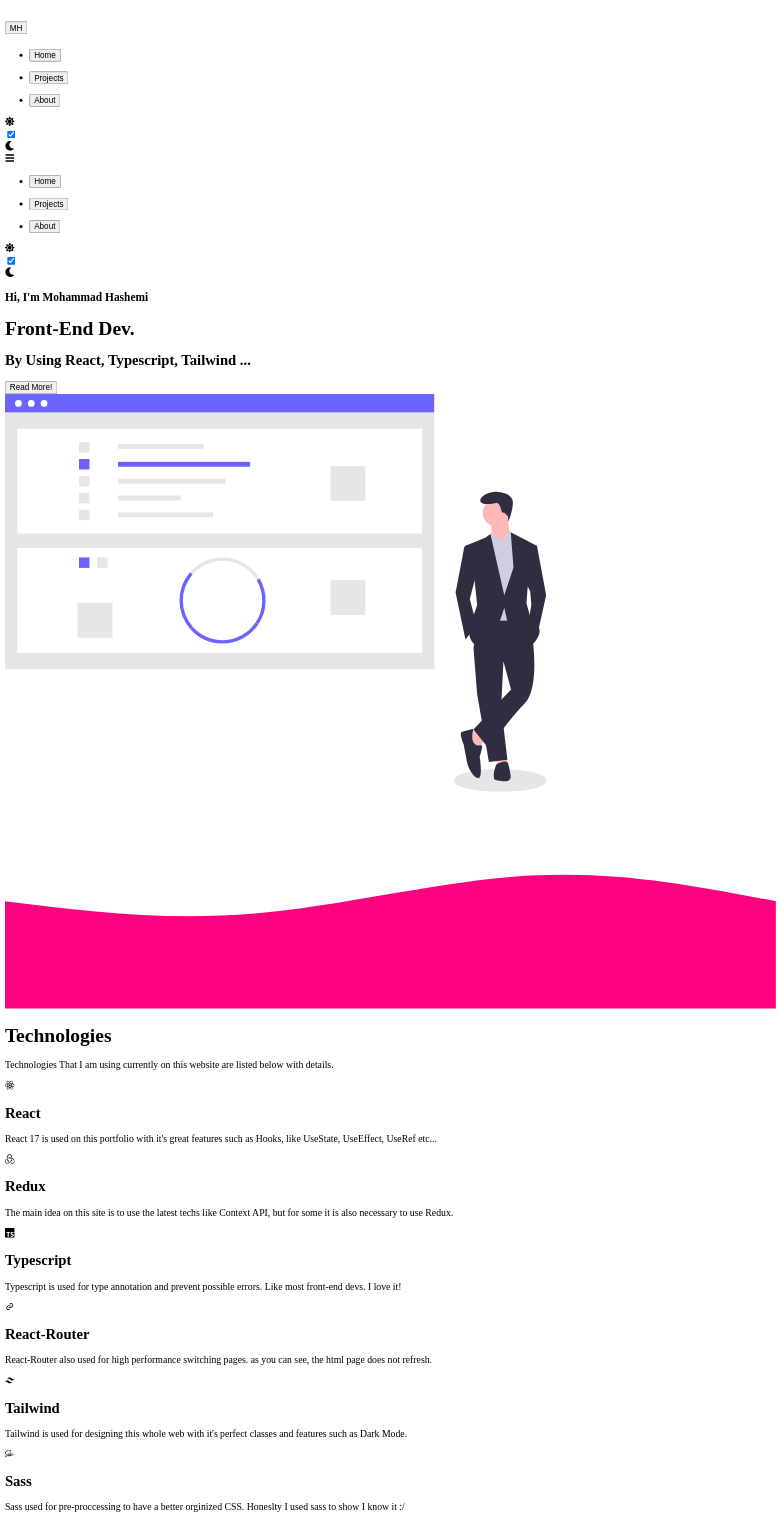
Repository: SMohammadH/react-typescript-tailwind
Page: /
These files come from the project's save history. The page is drawn as it stood at one moment and after the next save; the edit follows.
The browser window is 1280 px wide. The pictures show the whole page, at 61% of full size.
The project was rebuilt for these pictures with package versions that can differ from the ones it lists, and the page was loaded fresh each time. Also part of the build but not shown: craco.config.js.

Above is the page before, as saved 2021-02-05 05:05:21.

### src/index.css
.dark {
  --color-bg-primary: #2d3748;
  --color-bg-secondary: #283141;
  --color-text-primary: #f7fafc;
  --color-text-secondary: #e2e8f0;
  --color-text-accent: #c5b358;
}

.light {
  --color-bg-primary: #ffffff;
  --color-bg-secondary: #edf2f7;
  --color-text-primary: #2d3748;
  --color-text-secondary: #4a5568;
  --color-text-accent: #2b6cb0;
}

@import 'tailwindcss/base';
@import 'tailwindcss/components';
@import 'tailwindcss/utilities';

### src/App.tsx
import './App.css';
import 'tailwindcss/tailwind.css';
import { ThemeProvider } from './dark-mode/themeContext';
import { Navbar } from './components/Navbar';
import { FirstSection } from './components/FirstSection';
import { SecondSection } from './components/SecondSection';

const App: React.FC = () => {
  return (
    <div>
      <ThemeProvider>
        <Navbar />
        <div className="body bg-primary text-primary">
          <FirstSection />
          <svg
            height="100%"
            width="100%"
            id="bg-svg"
            viewBox="0 0 1440 400"
            xmlns="http://www.w3.org/2000/svg"
            className="transition duration-300 ease-in-out delay-150"
          >
            <path
              d="M 0,400 C 0,400 0,200 0,200 C 149.7333333333333,218.66666666666666 299.4666666666666,237.33333333333331 466,223 C 632.5333333333334,208.66666666666669 815.8666666666668,161.33333333333334 981,152 C 1146.1333333333332,142.66666666666666 1293.0666666666666,171.33333333333331 1440,200 C 1440,200 1440,400 1440,400 Z"
              stroke="none"
              stroke-width="0"
              fill="#ff0080ff"
              className="transition-all duration-300 ease-in-out delay-150"
            ></path>
          </svg>
          <SecondSection />
        </div>
      </ThemeProvider>
    </div>
  );
};

export default App;

### src/App.css
.font-gold {
  color: #c5b358;
}

### src/dark-mode/themeContext.tsx
import React from 'react';

const getInitialTheme = () => {
  if (typeof window !== 'undefined' && window.localStorage) {
    const storedPrefs = window.localStorage.getItem('color-theme');
    if (typeof storedPrefs === 'string') {
      return storedPrefs;
    }

    const userMedia = window.matchMedia('(prefers-color-scheme: dark)');
    if (userMedia.matches) {
      return 'dark';
    }
  }

  // If you want to use light theme as the default, return "light" instead
  return 'dark';
};

interface IContextProps {
  theme: string;
  setTheme: React.Dispatch<React.SetStateAction<string>>;
}
// Remember if You wanna uncomment above remove null in the next line.
export const ThemeContext = React.createContext({} as IContextProps);

interface ThemeProps {
  initialTheme?: any;
  children: any;
}

export const ThemeProvider: React.FC<ThemeProps> = ({
  initialTheme,
  children,
}) => {
  const [theme, setTheme] = React.useState(getInitialTheme);

  const rawSetTheme = (theme: string) => {
    const root = window.document.documentElement;
    const isDark = theme === 'dark';

    root.classList.remove(isDark ? 'light' : 'dark');
    root.classList.add(theme);

    localStorage.setItem('color-theme', theme);
  };

  if (initialTheme) {
    rawSetTheme(initialTheme);
  }

  React.useEffect(() => {
    rawSetTheme(theme);
  }, [theme]);

  return (
    <ThemeContext.Provider value={{ theme, setTheme }}>
      {children}
    </ThemeContext.Provider>
  );
};

### src/components/Navbar.tsx
import { useState } from 'react';
import { Toggle } from '../dark-mode/toggle';
import { FaBars } from 'react-icons/fa';

export const Navbar = () => {
  const [hidden, setHidden] = useState('');
  const onClick = () => {
    hidden ? setHidden('') : setHidden('hidden');
  };
  return (
    <div className="bg-gray-800 text-gray-100  fixed  w-full z-10">
      <div className="max-w-screen-xl mx-auto px-2 sm:px-6 lg:px-8">
        <div className=" relative flex items-center justify-between h-16">
          <div>
            <h1 className="text-3xl font-gold">
              <button className="focus:outline-none">MH</button>
            </h1>
          </div>

          <div className="hidden md:flex">
            <div className="flex space-x-9 text-lg">
              <ul>
                <li>
                  <button className="hover:text-accent focus:outline-none">
                    Home
                  </button>
                </li>
              </ul>
              <ul>
                <li>
                  <button className="hover:text-accent focus:outline-none">
                    Projects
                  </button>
                </li>
              </ul>
              <ul>
                <li>
                  <button className="hover:text-accent focus:outline-none">
                    About
                  </button>
                </li>
              </ul>
            </div>
            <div className="ml-9 self-center">
              <Toggle />
            </div>
          </div>

          <div className="px-4 cursor-pointer md:hidden">
            <FaBars
              className={`w-10 text-2xl ${
                hidden ? '' : 'text-accent animate-pulse'
              }`}
              onClick={onClick}
            />
          </div>
        </div>
      </div>

      <div className={`${hidden} md:hidden`}>
        <div className="flex flex-col justify-center items-center text-lg space-y-6">
          <ul>
            <li>
              <button className="hover:text-accent focus:outline-none">
                Home
              </button>
            </li>
          </ul>
          <ul>
            <li>
              <button className="hover:text-accent focus:outline-none">
                Projects
              </button>
            </li>
          </ul>
          <ul>
            <li>
              <button className="hover:text-accent focus:outline-none">
                About
              </button>
            </li>
          </ul>
          <div className="pb-6">
            <Toggle />
          </div>
        </div>
      </div>
    </div>
  );
};

### src/components/FirstSection.tsx
import Success from '../svg/success.svg';

export const FirstSection = () => {
  return (
    <div className="flex justify-between  space-x-20 p-10 pt-40 max-w-screen-xl mx-auto md:flex-row">
      <div className="self-center pb-20 mb-20 space-y-2">
        <h3 className="text-xl">Hi, I'm Mohammad Hashemi</h3>
        <h1 className="text-5xl text-accent">Front-End Dev.</h1>
        <h2 className="text-medium">
          By Using React, Typescript, Tailwind ...
        </h2>
        <button className="btn">Read More!</button>
      </div>
      <div className="">
        <img src={Success} alt="" />
      </div>
    </div>
  );
};

### src/components/SecondSection.tsx
import { Card } from './Card';
import { FaSass } from 'react-icons/fa';
import { SiTypescript, SiTailwindcss, SiRedux, SiReact } from 'react-icons/si';
import { BiLink } from 'react-icons/bi';

const text = [
  {
    react: `React 17 is used on this portfolio with it's great features such as Hooks, like UseState, UseEffect, UseRef etc...`,
  },
  {
    redux:
      'The main idea on this site is to use the latest techs like Context API, but for some it is also necessary to use Redux.',
  },
  {
    typescript:
      'Typescript is used for type annotation and prevent possible errors. Like most front-end devs. I love it!',
  },
  {
    reactRouter:
      'React-Router also used for high performance switching pages. as you can see, the html page does not refresh.',
  },
  {
    tailwind: `Tailwind is used for designing this whole web with it's perfect classes and features such as Dark Mode.`,
  },
  {
    sass:
      'Sass used for pre-proccessing to have a better orginized CSS. Honeslty I used sass to show I know it :/',
  },
];
console.log(text[0].react);

export const SecondSection = () => {
  return (
    <div className="bg-secondary text-secondary">
      <div className="max-w-screen-xl mx-auto px-5 py-24">
        <div className="text-center mb-20">
          <h1 className="text-accent mb-4 text-4xl leading-10 tracking-tight sm:text-5xl sm:leading-none md:text-6xl">
            Technologies
          </h1>
          <p className="text-base leading-relaxed xl:w-2/4 lg:w-3/4 mx-auto">
            Technologies That I am using currently on this website are listed
            below with details.
          </p>
          <div className="flex mt-6 justify-center">
            <div className="w-16 h-1 rounded-full bg-indigo-500 inline-flex"></div>
          </div>
        </div>
        <div className="flex flex-wrap sm:-m-4 -mx-4 -mb-10 -mt-4">
          <Card
            Img={SiReact}
            imgSize={10}
            header="React"
            imgColor="blue-600"
            imgBack="blue"
            text={text[0].react}
          />
          <Card
            Img={SiRedux}
            imgSize={10}
            header="Redux"
            imgColor="purple-500"
            imgBack="purple"
            text={text[1].redux}
          />
          <Card
            Img={SiTypescript}
            imgSize={7}
            header="Typescript"
            imgColor="blue-700"
            imgBack="blue"
            text={text[2].typescript}
          />

          <Card
            Img={BiLink}
            imgSize={10}
            header="React-Router"
            imgColor="red-600"
            imgBack="red"
            text={text[3].reactRouter}
          />
          <Card
            Img={SiTailwindcss}
            imgSize={10}
            header="Tailwind"
            imgColor="green-500"
            imgBack="green"
            text={text[4].tailwind}
          />

          <Card
            Img={FaSass}
            imgSize={10}
            header="Sass"
            imgColor="pink-600"
            imgBack="pink"
            text={text[5].sass}
          />
        </div>
      </div>
    </div>
  );
};

### src/dark-mode/toggle.tsx
import React from 'react';
import { ThemeContext } from './themeContext';
import './toggle.css';
import { FaSun } from 'react-icons/fa';
import { FaMoon } from 'react-icons/fa';

export const Toggle = () => {
  const { theme, setTheme } = React.useContext(ThemeContext);

  const isDark = () => {
    return theme === 'dark';
  };

  return (
    <label className="flex items-center cursor-pointer">
      <div className="ml-3 font-medium mr-3">
        {theme === 'light' ? (
          <FaSun className="text-yellow-100 text-2xl" />
        ) : (
          <FaSun className="text-gray-400" />
        )}
      </div>
      <div className="relative">
        <input
          type="checkbox"
          className="hidden"
          checked={isDark()}
          onChange={e => setTheme(e.target.checked ? 'dark' : 'light')}
        />
        <div className="toggle__line w-10 h-4 bg-gray-400 rounded-full shadow-inner"></div>
        <div className="toggle__dot absolute w-6 h-6 bg-white rounded-full shadow inset-y-0 left-0"></div>
      </div>

      <div className="ml-3 ">
        {theme === 'light' ? (
          <FaMoon className="text-gray-400" />
        ) : (
          <FaMoon className="text-blue-100 text-xl" />
        )}
      </div>
    </label>
  );
};

### src/components/Card.tsx
interface Props {
  Img: any;
  imgSize: number;
  imgColor: string;
  imgBack: string;
  header: string;
  text?: string;
}

export const Card: React.FC<Props> = ({
  Img,
  imgSize,
  imgColor,
  imgBack,
  header,
  text,
}) => {
  return (
    <div className="relative max-w-sm md:max-w-xs mx-auto ">
      <div
        className={`absolute mr-2 ml-8 mb-11 inset-0 bg-gradient-to-r from-${imgBack}-200 to-${imgBack}-400 dark:from-gray-800 dark:to-${imgBack}-900 shadow-lg transform -skew-y-3 sm:skew-y-0 sm:-rotate-6 rounded-3xl`}
      ></div>
      <div className="relative py-7 px-2 md:mb-0 flex flex-col ">
        <div className="px-4 py-10 mr-6 bg-primary text-primary shadow-lg rounded-3xl transform translate-x-6 -translate-y-6  ">
          <div
            className={`inline-flex w-12 h-12 rounded-full items-center justify-center bg-${imgBack}-100 text-${imgColor} mb-4 flex-shrink-0 p-2`}
          >
            <Img className={`w-${imgSize} h-${imgSize}`} />
            {/* className="w-6 h-6"
              fill="none"
              stroke="currentColor"
              viewBox="0 0 24 24"
              xmlns="http://www.w3.org/2000/svg"
            >
              <path
                stroke-linecap="round"
                stroke-linejoin="round"
                stroke-width="2"
                d="M7 21a4 4 0 01-4-4V5a2 2 0 012-2h4a2 2 0 012 2v12a4 4 0 01-4 4zm0 0h12a2 2 0 002-2v-4a2 2 0 00-2-2h-2.343M11 7.343l1.657-1.657a2 2 0 012.828 0l2.829 2.829a2 2 0 010 2.828l-8.486 8.485M7 17h.01"
              ></path>
            </Img> */}
          </div>
          <div className="flex-grow ">
            <h2 className="text-primary text-xl title-font font-medium mb-3">
              {header}
            </h2>
            <p className="leading-relaxed text-sm text-justify">{text}</p>
          </div>
        </div>
      </div>
    </div>
  );
};

### src/dark-mode/toggle.css
.toggle__dot {
  top: -0.25rem;
  left: -0.25rem;
  transition: all 0.3s ease-in-out;
}

input:checked ~ .toggle__dot {
  transform: translateX(100%);
  background-color: #48bb78;
}

### tailwind.config.js
module.exports = {
  purge: [],
  darkMode: 'class', // or 'media' or 'class'
  theme: {
    extend: {
      backgroundColor: {
        primary: 'var(--color-bg-primary)',
        secondary: 'var(--color-bg-secondary)',
      },
      textColor: {
        accent: 'var(--color-text-accent)',
        primary: 'var(--color-text-primary)',
        secondary: 'var(--color-text-secondary)',
      },
    },
  },
  variants: {
    extend: {},
  },
  plugins: [],
};

Loaded but not shown: public/index.html (common file); src/index.tsx (common file)

After the next save:
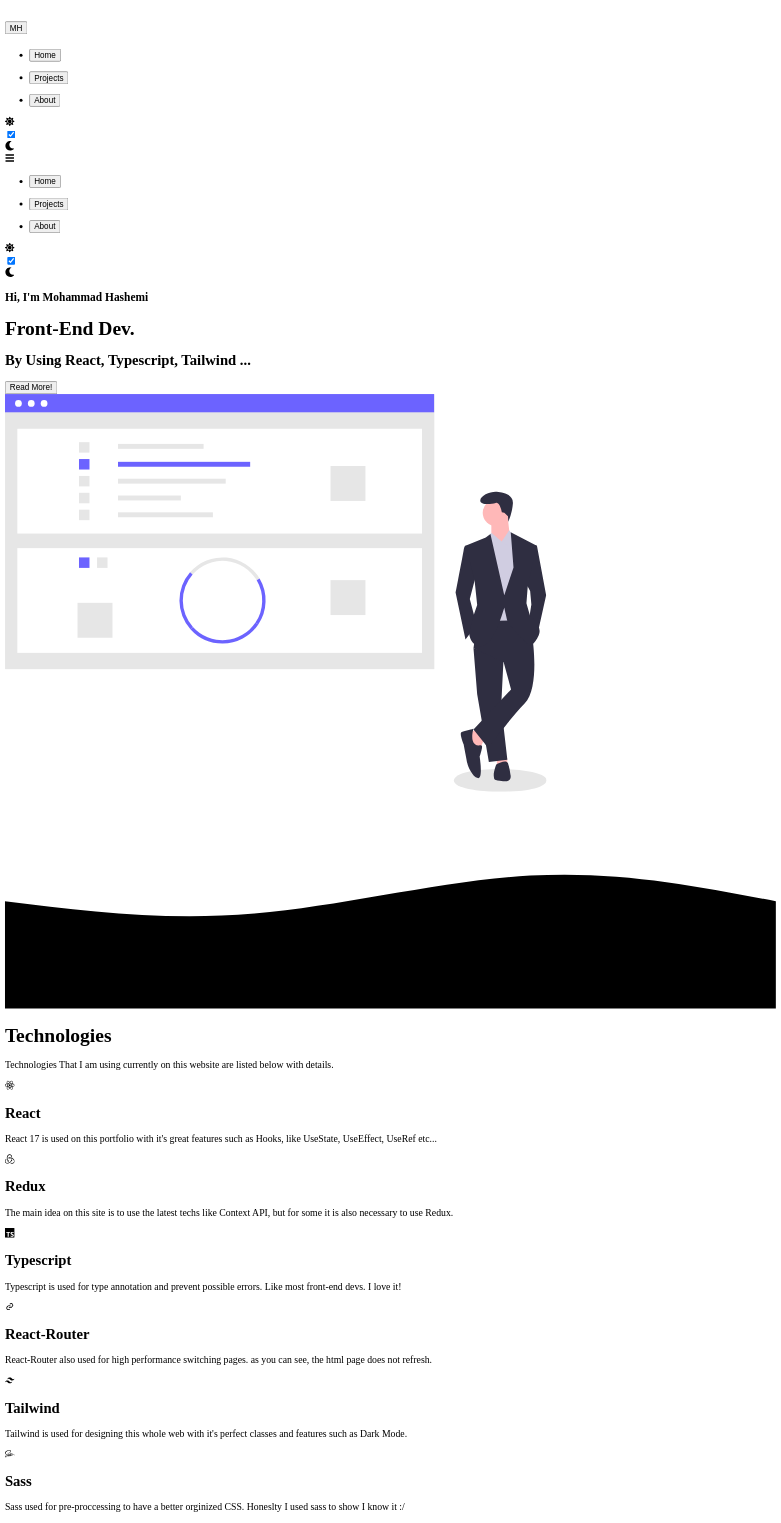
Saved 3 min 52 s later.
--- a/src/App.tsx
+++ b/src/App.tsx
@@ -24,7 +24,7 @@ const App: React.FC = () => {
               d="M 0,400 C 0,400 0,200 0,200 C 149.7333333333333,218.66666666666666 299.4666666666666,237.33333333333331 466,223 C 632.5333333333334,208.66666666666669 815.8666666666668,161.33333333333334 981,152 C 1146.1333333333332,142.66666666666666 1293.0666666666666,171.33333333333331 1440,200 C 1440,200 1440,400 1440,400 Z"
               stroke="none"
               stroke-width="0"
-              fill="#ff0080ff"
+              fill="--color-bg-secondary"
               className="transition-all duration-300 ease-in-out delay-150"
             ></path>
           </svg>
